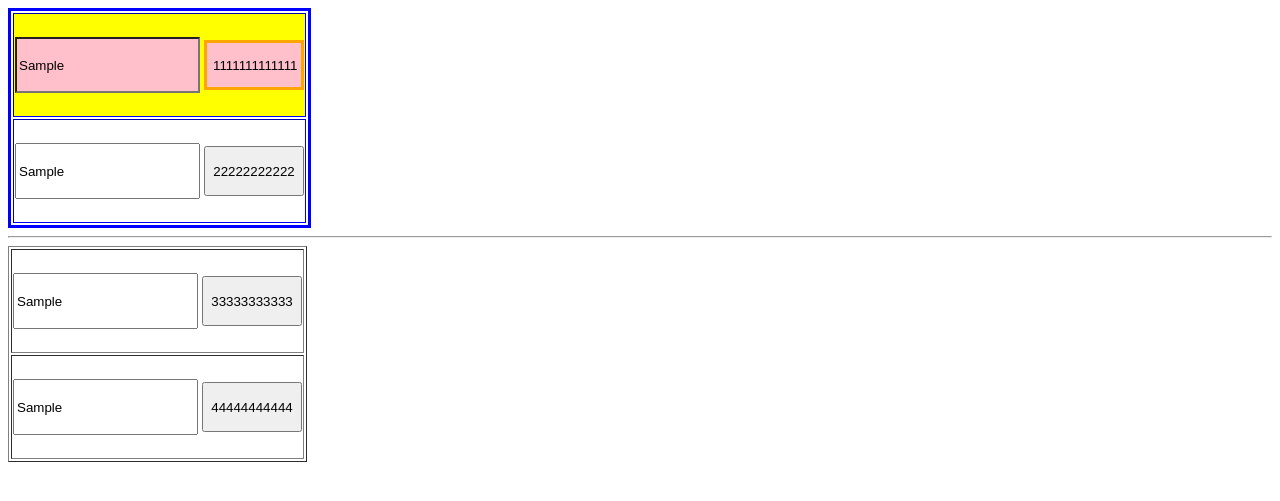
Repository: womss/sexyguy
Page: Spring/Feb14_1_jQuery/WebContent/2_DOM_Select.html
These files come from the project's save history. The page is drawn as it stood at one moment and after the next save; the edit follows.
The browser window is 1280 px wide. The pictures show the whole page.
Empty fields were first filled with sample values (such as "Sample", 5 or name@example.com).
After loading, the first visible `button` was clicked once.

Above is the page before, as saved 2025-02-14 03:04:27.

After the next save:
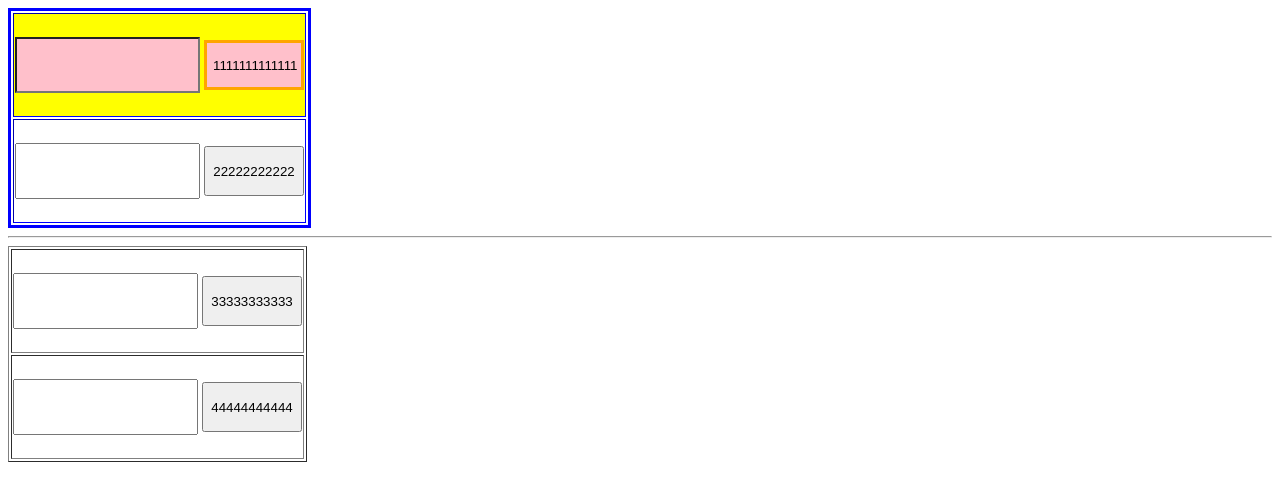
Saved 3 min 4 s later.
--- a/Spring/Feb14_1_jQuery/WebContent/2_DOM_Select.html
+++ b/Spring/Feb14_1_jQuery/WebContent/2_DOM_Select.html
@@ -54,7 +54,7 @@
 			let input = $("input").val(); // 입력한 값을 input에 담고
 			$(this).css("font-color", input); // 동일 선상에 있는 버튼의 컬러값을 input으로
 			//$("input").attr("direction", "right");
-
+			$("input").val("");
 
 
 		});
